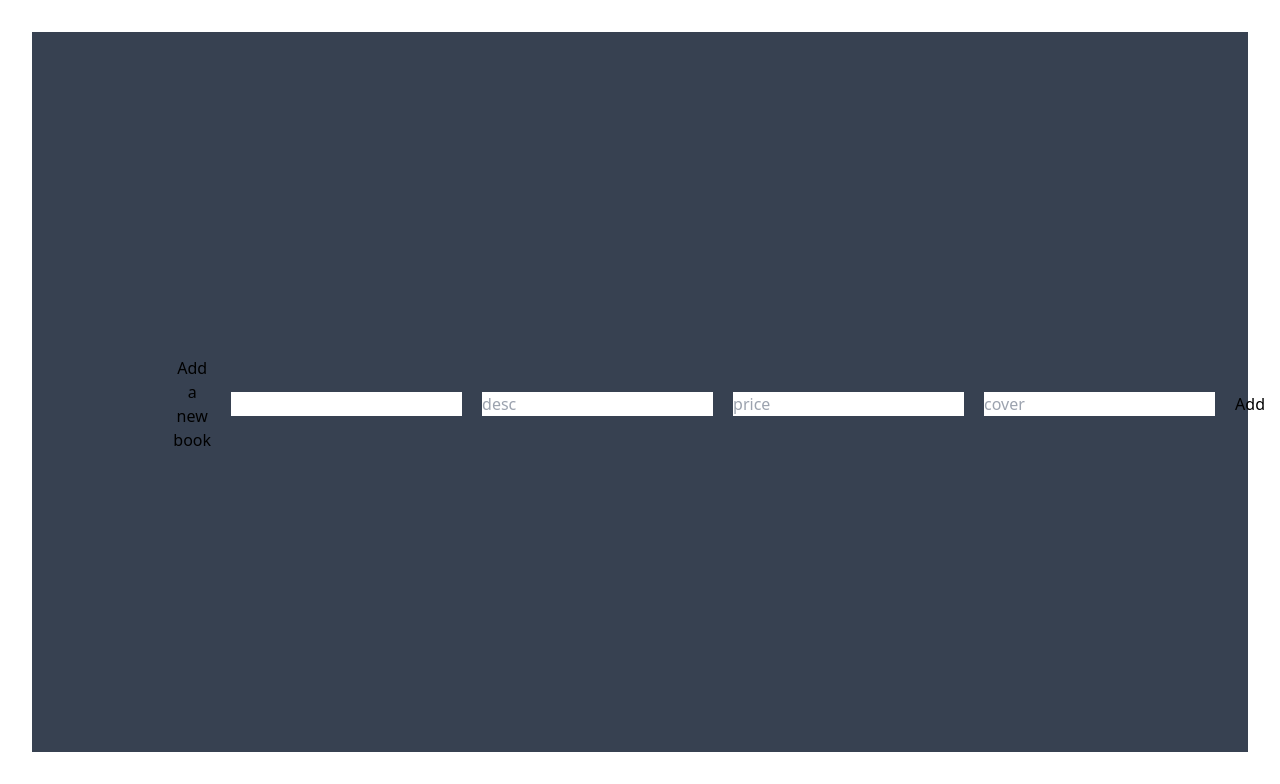
Repository: Vasil1001/fullstack-nutrition-tracker
Page: /add (app in frontend/)
The author's editor kept a copy of each file at every save. The page is drawn from the files as they stood at one save, then again after the next save.
The browser window is 1280 px wide. The pictures show the whole page.
The project was rebuilt for these pictures with package versions that can differ from the ones it lists, and the page was loaded fresh each time. Also part of the build but not shown: frontend/vite.config.js, frontend/src/pages/Books.jsx, frontend/src/pages/Update.jsx.

Above is the page before, as saved 2023-05-21 16:13:07.

### frontend/src/App.jsx
import { useState } from 'react'
import reactLogo from './assets/react.svg'
import viteLogo from '/vite.svg'
import './App.css'
import { BrowserRouter, Routes, Route } from 'react-router-dom'
import Books from './pages/Books'
import Add from './pages/Add'
import Update from './pages/Update'

function App() {
  return (
    <div className="bg-gray-700">
      <div className="max-w-screen mx-auto flex min-h-screen flex-col justify-center bg-gray-700 px-10 xl:w-10/12  ">
        <BrowserRouter>
          <Routes>
            <Route path="/" element={<Books />} />
            <Route path="/add" element={<Add />} />
            <Route path="/update" element={<Update />} />
          </Routes>
        </BrowserRouter>
      </div>
    </div>
  )
}

export default App

### frontend/src/pages/Add.jsx
import axios from 'axios'
import React, { useState } from 'react'
import { useNavigate } from 'react-router-dom'

export default function Add() {
  const [book, setBook] = useState({
    title: '',
    desc: '',
    price: 'null',
    cover: '',
  })

  const navigate = useNavigate()

  const handleChange = (e) => {
    setBook((prev) => ({ ...prev, [e.target.name]: e.target.value }))
  }

  const handleClick = async e => {
    e.preventDefault()

    try {
        await axios.post('http://localhost:8080/books', book)
        navigate('/')
    } catch (error) {
        console.log(error)
    }
  }

  console.log(book)

  return (
    <div className="justify-center items-center mx-auto flex gap-5 mt-6 justify-center">
      <h1>Add a new book</h1>
      <input type="text" palceholder="title" name="title" onChange={handleChange} />
      <input type="text" placeholder="desc" name="desc" onChange={handleChange} />
      <input type="number" placeholder="price" name="price" onChange={handleChange} />
      <input type="text" placeholder="cover" name="cover" onChange={handleChange} />
      <button onClick={handleClick}>Add</button>
    </div>
  )
}

### frontend/tailwind.config.js
/** @type {import('tailwindcss').Config} */
export default {
  content: [
    "./index.html",
    "./src/**/*.{js,ts,jsx,tsx}",
  ],
  theme: {
    extend: {},
  },
  plugins: [require("tailwindcss-animate")],
}

Loaded but not shown: frontend/index.html (common file); frontend/src/main.jsx (common file); frontend/src/index.css (common file); frontend/src/App.css (common file)

After the next save:
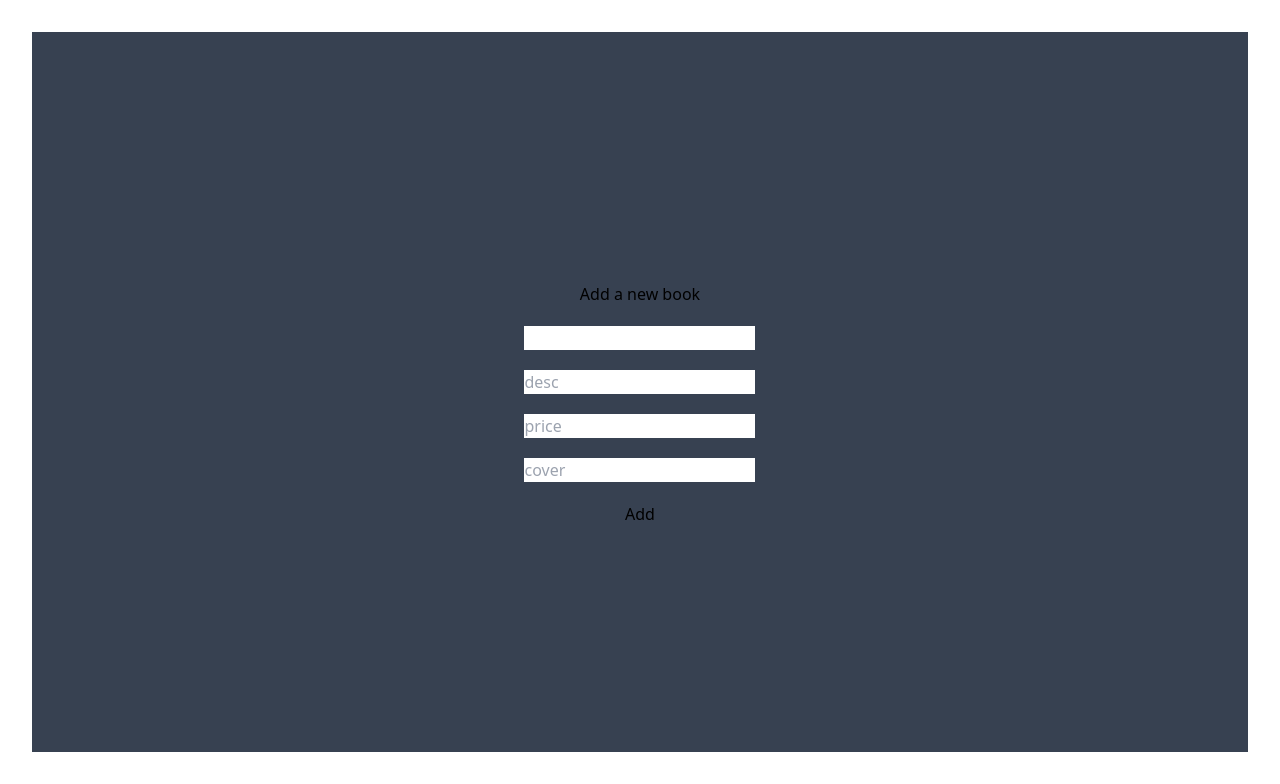
Saved 19 s later.
--- a/frontend/src/pages/Add.jsx
+++ b/frontend/src/pages/Add.jsx
@@ -30,7 +30,7 @@ export default function Add() {
   console.log(book)
 
   return (
-    <div className="justify-center items-center mx-auto flex gap-5 mt-6 justify-center">
+    <div className="justify-center items-center mx-auto flex flex-col gap-5 mt-6 justify-center">
       <h1>Add a new book</h1>
       <input type="text" palceholder="title" name="title" onChange={handleChange} />
       <input type="text" placeholder="desc" name="desc" onChange={handleChange} />
